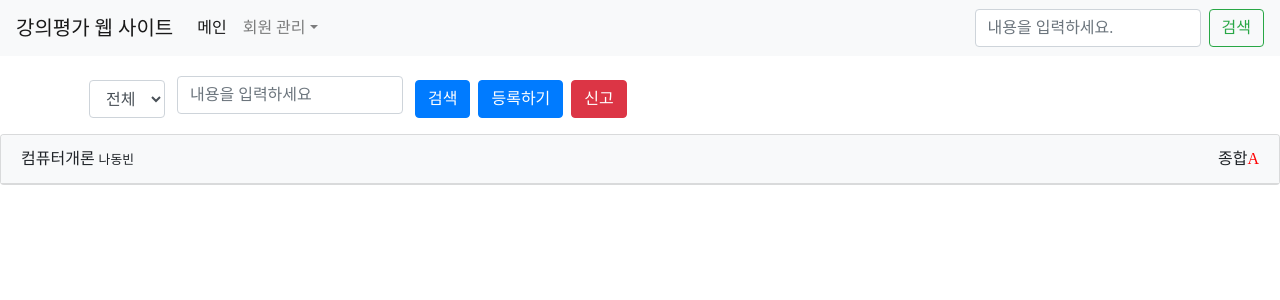
Repository: codelifee/Lecture-Evaluation-Project---java
Page: http://localhost/Lecture_Evaluation/
An editor plug-in stored every save of this project. The page is shown before and after the next save, followed by the edit.
The browser window is 1280 px wide. The pictures show the whole page.
Some web fonts or font styles are not loaded; a fallback is used. The page is served by Tomcat 9.

Above is the page before, as saved 2020-08-23 02:29:28.

After the next save:
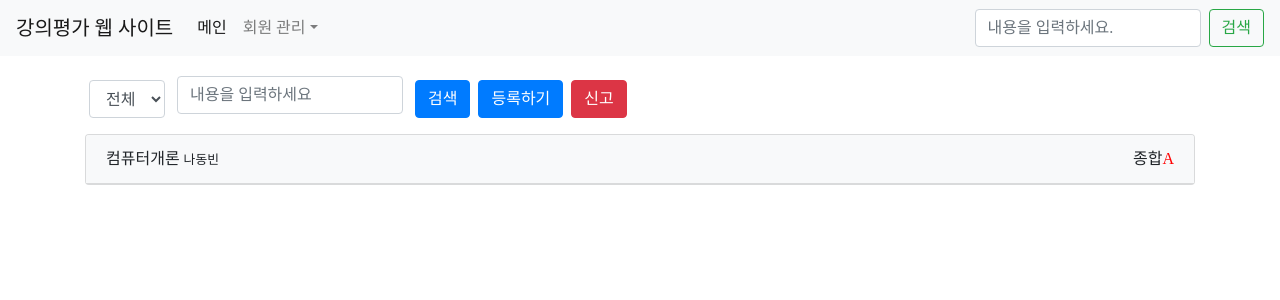
Saved 31 s later.
--- a/Lecture Evaluation/WebContent/index.jsp
+++ b/Lecture Evaluation/WebContent/index.jsp
@@ -50,8 +50,7 @@
 	  <a class="btn btn-primary mx-1 mt-2" data-toggle="modal" href="#registerModal">등록하기</a>
 	  <a class="btn btn-primary mx-1 mt-2 btn-danger" data-toggle="modal" href="#reportModal">신고</a>
 	 </form>
-	</section>
-	<div class="card bg-light mt-3">
+	 <div class="card bg-light mt-3">
 		<div class="card-header bg-light">
 			<div class="row">
 				<div class="col-8 text-left">컴퓨터개론&nbsp;<small>나동빈</small></div>
@@ -61,6 +60,8 @@
 			</div>
 		</div>
 	</div>
+	</section>
+
 
 	<div class="modal fade" id="registerModal" tabindex="-1" role="dialog" aria-labelledby="modal">
 	 	<div class="modal-dialog">
